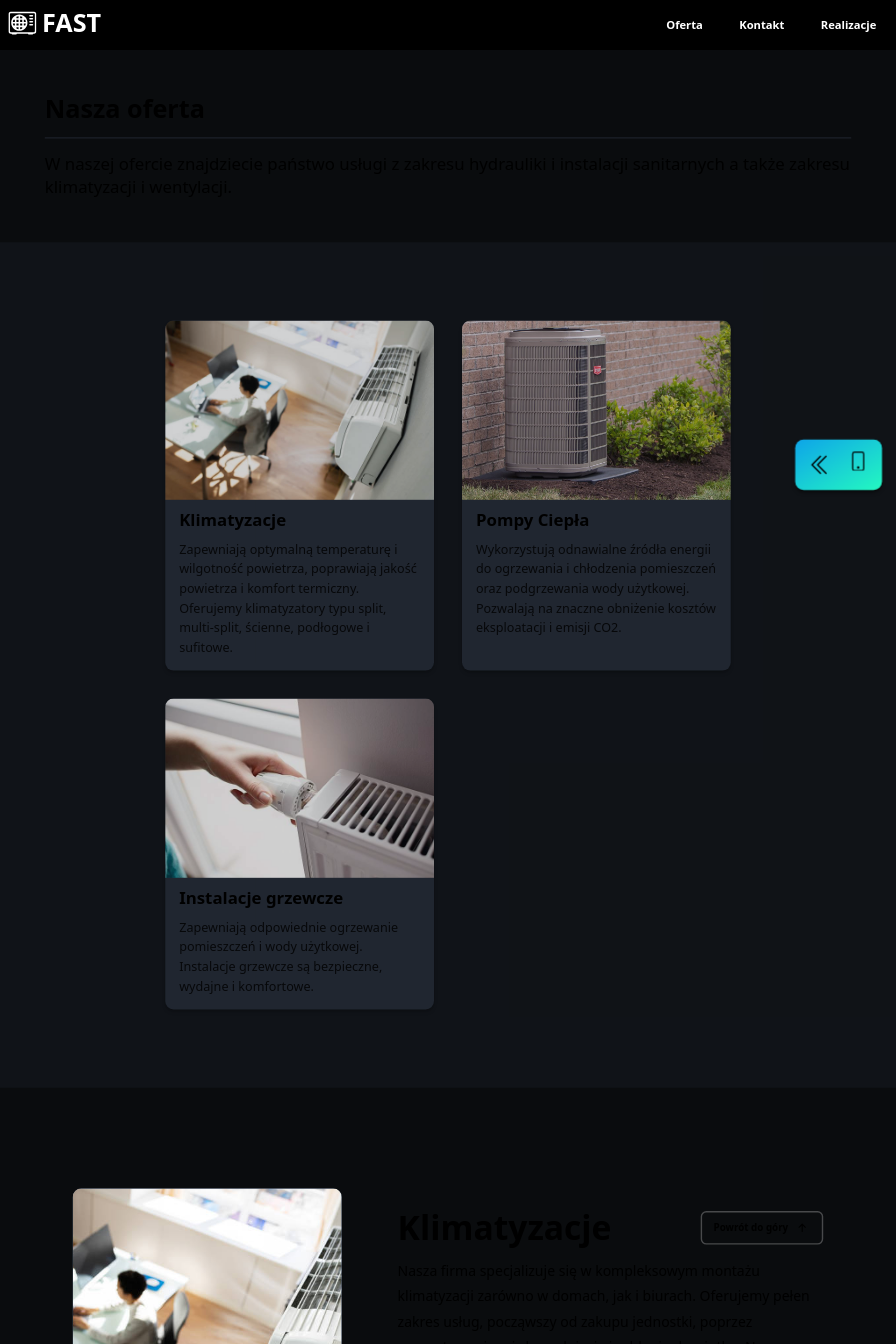
Repository: piotrokrutniak/Fast-CompanyWebsite
Page: /oferta
An editor plug-in stored every save of this project. The page is shown before and after the next save, followed by the edit.
The browser window is 1280 px wide. The pictures show the part of the page from y = 0 to 1920 px (the page is 3882 px tall before and 3978 px after), at 70% of full size.
The project was rebuilt for these pictures with package versions that can differ from the ones it lists, and the page was loaded fresh each time. The framework's server and built-in components were replaced by stand-ins that run in the browser. Also part of the build but not shown: next.config.js.

Above is the page before, as saved 2023-10-22 16:25:21.

### src/app/layout.js
import FootBar from './components/footbar/footbar'
import Navbar from './components/navbar/navbar'
import QuickContact from './components/quickContact'
import './globals.css'
import { Inter } from 'next/font/google'

const inter = Inter({ subsets: ['latin'] })

export const metadata = {
  title: 'Fast - Klimatyzacje Kraków',
  description: 'F.U.H. Fast Jacek Stawowy - Klimatyzacje Kraków-Niepołomice',
}

export default function RootLayout({ children }) {
  return (
    <html lang="pl" className="!scroll-smooth">
      <body className='bg-black min-w-mobile overflow-x-clip'>
        <div className='bg-slate-500/10 min-h-screen relative'>
          <Navbar/>
          {children}
          <QuickContact/>
          <FootBar/>
        </div>
      </body>
    </html>
  )
}

### src/app/(pages)/oferta/page.js
import Image from "next/image"
import img1 from "../../media/img/air-conditioning.jpg"
import img2 from "../../media/img/heat-pump-2.jpg"
import img3 from "../../media/img/heating.jpg"
import SimplePanel from "@/app/components/common/simplePanel"
import Link from "next/link"
import ButtonBase from "@/app/components/common/buttonBase"
import { BsArrowUpShort } from "react-icons/bs"

export default function Oferta(){
    return(
        <main className="min-h-screen">
            <section id="oferty" className="m-auto">
                <div className="sm:p-16 max-w-7xl m-auto p-5">
                    <h1 className="mb-5 pb-5 text-4xl font-semibold border-b-2 border-slate-600/30"> Nasza oferta </h1>
                    <h3 className="text-lg sm:text-2xl font-normal leading-relaxed"> W naszej ofercie znajdziecie państwo usługi z zakresu hydrauliki i instalacji sanitarnych a także zakresu klimatyzacji i wentylacji.</h3>
                </div>

                <div className="bg-slate-600/10 lg:py-28 p-2 py-10">
                    <div className="w-fit grid lg:grid-cols-2 2xl:grid-cols-3 max-w-7xl m-auto gap-10 lg:gap-10 items-stretch">
                        <Card scrollTo="#klimatyzacja" image={img1} title="Klimatyzacje" desc="Zapewniają optymalną temperaturę i wilgotność powietrza, poprawiają jakość powietrza i komfort termiczny. Oferujemy klimatyzatory typu split, multi-split, ścienne, podłogowe i sufitowe."/>
                        <Card scrollTo="#pompy" image={img2} title="Pompy Ciepła" desc="Wykorzystują odnawialne źródła energii do ogrzewania i chłodzenia pomieszczeń oraz podgrzewania wody użytkowej. Pozwalają na znaczne obniżenie kosztów eksploatacji i emisji CO2."/>
                        <Card scrollTo="#ogrzewanie" image={img3} title="Instalacje grzewcze" desc="Zapewniają odpowiednie ogrzewanie pomieszczeń i wody użytkowej. Instalacje grzewcze są bezpieczne, wydajne i komfortowe."/>
                    </div>
                </div>
            </section>
            <section id="informacje" className="max-w-7xl m-auto sm:p-16">
                <SimplePanel button={<ScrollTopButton/>} id="klimatyzacja" title="Klimatyzacje" desc="Nasza firma specjalizuje się w kompleksowym montażu klimatyzacji zarówno w domach, jak i biurach. Oferujemy pełen zakres usług, począwszy od zakupu jednostki, poprzez przygotowanie, aż do podpięcia i oddania do użytku. Nasze usługi nie ograniczają się jedynie do montażu - oferujemy również przegląd, serwis oraz wymianę jednostek klimatyzacyjnych." img={img1}/>
                <SimplePanel button={<ScrollTopButton/>} id="pompy" title="Pompy Ciepła" desc="Jesteśmy ekspertami w montażu pomp ciepła zarówno w domach, jak i biurach. Oferujemy pełen zakres usług - doradztwo przy wyborze odpowiedniego modelu, przygotowanie instalacji oraz podłączenie i uruchomienie. Nasze doświadczenie obejmuje nie tylko montaż, ale także przegląd, serwis i wymianę jednostek. Dzięki naszym usługom możesz cieszyć się efektywnym i ekologicznym systemem ogrzewania i chłodzenia." img={img2}/>
                <SimplePanel button={<ScrollTopButton/>} id="ogrzewanie" title="Ogrzewanie Centralne" desc="Posiadamy wieloletnie doświadczenie w montażu systemów ogrzewania centralnego, zarówno w domach, jak i budynkach komercyjnych. Nasza firma jest doskonale zaznajomiona z branżą i oferuje pełen zakres usług - doradztwo przy wyborze odpowiedniego systemu, projektowanie instalacji, montaż oraz uruchomienie. Nie ograniczamy się tylko do instalacji - zapewniamy również przegląd, serwis oraz modernizację istniejących systemów. Dzięki naszym usługom możesz mieć pewność, że Twój system ogrzewania centralnego będzie efektywny i zapewni Ci komfort przez wiele lat." img={img3}/>
            </section>
        </main>
    )
}

function Card({...props}){
    return(

        <div className="lg:w-96 bg-slate-600/30 hover:bg-slate-600/50 rounded-xl min-w-fit flex flex-col overflow-hidden shadow-md lg:hover:-translate-y-4 shadow-black/20 transition-all">
            <Link href={props.scrollTo}>
                <div className="lg:h-64 h-screen-1/2 w-full bg-black/20 relative cursor-pointer">
                    <Image src={props.image} layout='fill' objectFit='cover' className='z-0 opacity-80'/>
                </div>
            </Link>
            <div className="px-5 py-3 text-2xl font-semibold">{props.title ?? "Title" }</div>
            <div className="px-5 pb-5 text-lg opacity-80">{props.desc ?? "Description" }</div>
        </div>
    )
}

function ScrollTopButton(){
    return(
        <Link href="#">
            <ButtonBase text="Powrót do góry" color="black" icon={<BsArrowUpShort className="w-6 h-6"/>} className="px-2 h-12 border-solid border-2 border-white/25 hover:border-white w-fit"/>
        </Link>
    )
}

### src/app/components/footbar/footbar.js
import Link from "next/link";

export default function FootBar(){
    return(
        <footer className="bg-slate-500/5 mt-20">
            <div className="max-w-7xl w-full max-sm:px-5 p-10 flex gap-8 sm:gap-20 m-auto">
                <div className="flex flex-col gap-3">
                    <h1 className="font-bold text-2xl md:text-3xl">Jacek Stawowy</h1>
                    <h2 className="font-semibold text-xl">Kraków</h2>
                    <h2 className="font-thin text-xl">NIP: 6791924300</h2>
                </div>

                <div className="flex flex-col gap-3">
                    <h1 className="font-bold text-2xl md:text-3xl">Kontakt</h1>
                    <h2 className="font-thin text-xl">Telefon:
                    <Link href={"tel:+48 509 012 407"} className="cursor-pointer hover:text-emerald-200">
                        <p className="whitespace-nowrap">
                            +48 509 012 407
                        </p>
                    </Link>
                    </h2>
                    <h2 className="font-thin text-xl">Email:
                    <Link href={"email:fast@firma.pl"} className="cursor-pointer hover:text-emerald-200">
                        <p className="whitespace-nowrap">
                            fast@firma.pl
                        </p>
                    </Link>
                    </h2>
                    <h2 className="font-thin text-xl">Pon-Pt 8.00-19.00</h2>
                </div>
            </div>
            <div className="bg-black flex p-10 ">
                <div className="xs:m-auto w-fit">
                    © Piotr Okrutniak 2022
                </div>
            </div>
        </footer>
    )
}

### src/app/components/navbar/navbar.js
"use client";
import { useState } from "react";
import ButtonBase from "../common/buttonBase";
import AcLogo from "../icons/ac";
import {BsList, BsXLg} from "react-icons/bs";
import Link from "next/link";

export default function Navbar(){
    const [mobileOpen, setMobileOpen] = useState(false)

    return(
        <nav className="sticky bg-black top-0 w-full py-3 px-5 sm:px-3  z-50">
            <div className="flex justify-between mx-auto max-w-7xl h-auto align-middle">
                <Link href="/">
                    <div className="text-white text-4xl font-bold hover:cursor-pointer flex gap-2 align-middle
                        hover:text-emerald-200 hover:fill-emerald-200 fill-white active:opacity-90 transition-all">
                        <AcLogo className="h-10 w-10 top-px relative"/>
                        FAST
                    </div>
                </Link>
                <div className="align-middle gap-5 text-black transition-all ease-in hidden sm:flex">
                    <Link href="/oferta">
                        <ButtonBase text="Oferta" color="bg-transparent" className="hover:bg-slate-400/25 text-white"  onClick={() => setMobileOpen(false)}/>
                    </Link>
                    <Link href="/kontakt">
                        <ButtonBase text="Kontakt" color="bg-transparent" className="hover:bg-slate-400/25 text-white"  onClick={() => setMobileOpen(false)}/>
                    </Link>
                    <Link href="/realizacje">
                        <ButtonBase text="Realizacje" color="bg-transparent" className="hover:bg-slate-400/25 text-white"  onClick={() => setMobileOpen(false)}/>
                    </Link>
                </div>
                <div className=" sm:hidden flex">
                    <BsList className="h-12 w-12 cursor-pointer hover:fill-emerald-200 active:opacity-90" onClick={() => setMobileOpen(true)}/>
                </div>
            </div>

            <div className={`${mobileOpen ? "" : "translate-x-full"} absolute w-screen h-screen bg-black left-0 top-0 sm:hidden transition-all`}>
                <div id="mobile-header" className="flex p-3 cursor-pointer" onClick={() => setMobileOpen(false)}>
                    <BsXLg className="w-14 h-14 p-2 hover:fill-emerald-200 active:opacity-70 absolute right-4"/>
                </div>
                <div id="mobile-list" className="flex flex-col w-full gap-8 justify-center text-xl px-5 py-32">
                    <Link href="/kontakt" onClick={() => setMobileOpen(false)}>
                        <ButtonBase text="Kontakt" className="w-full py-6 px-10 bg-gradient-to-br hover:from-sky-500 hover:to-emerald-200 self-center" color="bg-slate-500/25"/>
                    </Link>
                    <Link href="/oferta" onClick={() => setMobileOpen(false)}>
                        <ButtonBase text="Oferta" className="w-full py-6 px-10 bg-gradient-to-br hover:from-sky-500 hover:to-emerald-200 self-center" color="bg-slate-500/25"/>
                    </Link>
                    <Link href="/realizacje" onClick={() => setMobileOpen(false)}>
                        <ButtonBase text="Realizacje" className="w-full py-6 px-10 bg-gradient-to-br hover:from-sky-500 hover:to-emerald-200 self-center" color="bg-slate-500/25"/>
                    </Link>
                    <Link href="/" onClick={() => setMobileOpen(false)}>
                        <ButtonBase text="Strona Główna" className="w-full py-6 px-10 bg-gradient-to-br hover:from-sky-500 hover:to-emerald-200 self-center" color="bg-slate-500/25"/>
                    </Link>
                </div>
                <div className="p-10 justify-self-center w-full text-center bottom-0 absolute">
                    © Piotr Okrutniak 2022
                </div>
            </div>
        </nav>
    )
}

### src/app/components/quickContact.js
"use client";

import Link from "next/link";
import { useState } from "react"
import {BsChevronDoubleRight, BsPhone} from "react-icons/bs"

export default function QuickContact(){
    const [folded, setFolded] = useState(true)

    function Transition(){
        setFolded((old) => !old)
    }

    return(
        <div className="bg-gradient-to-br from-sky-500 to-emerald-200 rounded-xl w-fit sm:p-5 p-3 text-base
            font-normal shadow-md shadow-black/50 fixed right-5 bottom-5 flex items-center gap-4 transition-all ease-in-out whitespace-nowrap">
            <BsChevronDoubleRight className={`${folded ? "rotate-180" : "rotate-0"} transition-all ease-in h-8 w-8 cursor-pointer active:opacity-60 select-none`}
                onClick={() => Transition()}/>
            <div className="flex gap-2">
                <p className={`${folded ? "w-0" : "w-72 max-sm:w-44"} overflow-hidden transition-all ease-in flex max-sm:flex-col`}><p>Skontaktuj się z nami:</p> <Link href={"tel:+48 509 012 407"} className="cursor-pointer">+48 509 012 407</Link></p>
                <BsPhone className="h-7 w-7 animate-bounce self-center"/>
            </div>
        </div>
    )
}

### src/app/globals.css
@import 'tailwindcss/base';
@import 'tailwindcss/components';
@import 'tailwindcss/utilities';

:root {

}

@media (prefers-color-scheme: dark) {
  :root {
    --foreground-rgb: 255, 255, 255;
    scroll-behavior: smooth;
  }
}

body {
  color: rgb(var(--foreground-rgb));
  background: linear-gradient(
      to bottom,
      transparent,
      rgb(var(--background-end-rgb))
    )
    rgb(var(--background-start-rgb));
}

@layer base {
  html {
    scroll-behavior: smooth;
  }
}

### src/app/components/common/simplePanel.js
import Image from "next/image";
import ButtonBase from "./buttonBase";


export default function SimplePanel({...props}){
    return(
        <section id={props.id} className="z-10 w-full items-center justify-between text-sm lg:flex p-10 max-xs:p-5">
            <div className='max-w-7xl m-auto flex gap-20 py-10 align-middle h-full max-md:flex-col-reverse max-lg:gap-10'>
            <div className='w-96 h-64 sm:h-96 shrink-0 bg-slate-500 rounded-xl relative self-center max-md:w-full overflow-clip'>
                <Image src={props.img} layout='fill' objectFit='cover'/>
            </div>
            <div className='relative self-center w-full'>
                <div className='flex justify-between gap-5 max-lg:flex-col mb-5'>
                <h1 className='text-5xl font-semibold max-sm:text-3xl'>{props.title ?? "Title"}</h1>
                    {props.button ?? ""}
                </div>
                <h2 className='text-xl font-thin leading-9 max-sm:text-lg'>{props.desc ?? "Description"}</h2>
            </div>
            </div>
        </section>
    )
}

### src/app/components/common/buttonBase.js
export default function ButtonBase({...props}){
    return(
        <button className={`${props.className} ${props.color ?? "bg-sky-500"} py-3 px-4 rounded-lg font-semibold active:opacity-80 flex items-center gap-2 whitespace-nowrap transition-all`}
            onClick={props.onClick}>
            {props.text} {props.icon ?? ""}
        </button>
    )
}

### src/app/components/icons/ac.js
export default function AcLogo({...props}){
    return(
        <svg
            xmlns="http://www.w3.org/2000/svg"
            xmlSpace="preserve"
            width={800}
            height={800}
            viewBox="0 0 507.802 507.802"
            {...props}
        >
            <path d="M465.7 47.901H42.3c-23.3 0-42.3 18.9-42.3 42.3v313.3c0 23.3 19 42.3 42.3 42.3h16.1c0 7.8 6.3 14.1 14.1 14.1H139c7.8 0 14.1-6.3 14.1-14.1h201.6c0 7.8 6.3 14.1 14.1 14.1h66.5c7.8 0 14.1-6.3 14.1-14.1h16.1c23.3 0 42.3-19 42.3-42.3v-313.3c.2-23.4-18.8-42.3-42.1-42.3zm0 369.7H42.3c-7.8 0-14.1-6.3-14.1-14.1v-313.3c0-7.8 6.3-14.1 14.1-14.1h423.3c7.8 0 14.1 6.3 14.1 14.1v313.3h.1c0 7.8-6.3 14.1-14.1 14.1z" />
            <path d="M435.6 107.801H391c-7.8 0-14.1 6.3-14.1 14.1s6.3 14.1 14.1 14.1h44.6c7.8 0 14.1-6.3 14.1-14.1s-6.3-14.1-14.1-14.1zM435.6 161.601H391c-7.8 0-14.1 6.3-14.1 14.1s6.3 14.1 14.1 14.1h44.6c7.8 0 14.1-6.3 14.1-14.1s-6.3-14.1-14.1-14.1zM435.6 215.301H391c-7.8 0-14.1 6.3-14.1 14.1s6.3 14.1 14.1 14.1h44.6c7.8 0 14.1-6.3 14.1-14.1s-6.3-14.1-14.1-14.1zM435.6 269.101H391c-7.8 0-14.1 6.3-14.1 14.1s6.3 14.1 14.1 14.1h44.6c7.8 0 14.1-6.3 14.1-14.1s-6.3-14.1-14.1-14.1zM198.3 99.701c-81.1 0-147.1 66-147.1 147.1s66 147.1 147.1 147.1 147.1-66 147.1-147.1-66-147.1-147.1-147.1zm-80.9 233.9c-2-1.9-3.9-3.8-5.8-5.8h5.8v5.8zm0-34H92c-5.9-11.9-10-24.9-11.6-38.6h37v38.6zm0-66.9h-37c1.6-13.7 5.6-26.7 11.6-38.6h25.4v38.6zm0-66.8h-5.8c1.9-2 3.8-3.9 5.8-5.8v5.8zm66.8 198.9c-13.7-1.6-26.7-5.7-38.6-11.6v-25.4h38.6v37zm0-65.2h-38.6v-38.6h38.6v38.6zm0-66.9h-38.6v-38.6h38.6v38.6zm0-66.8h-38.6v-25.4c11.9-5.9 24.9-10 38.6-11.6v37zm95.1-5.8c2 1.9 3.9 3.8 5.8 5.8h-5.8v-5.8zm0 34h25.4c5.9 11.9 10 24.9 11.6 38.6h-37v-38.6zm-28.2 159.1c-11.9 5.9-24.9 10-38.6 11.6v-37h38.6v25.4zm0-53.6h-38.6v-38.6h38.6v38.6zm0-66.9h-38.6v-38.6h38.6v38.6zm0-66.8h-38.6v-37c13.7 1.6 26.7 5.7 38.6 11.6v25.4zm28.2 167.7v-5.8h5.8c-1.9 2-3.8 4-5.8 5.8zm0-34v-38.6h37c-1.6 13.7-5.7 26.7-11.6 38.6h-25.4z" />
        </svg>
    )
}

### tailwind.config.js
/** @type {import('tailwindcss').Config} */
module.exports = {
  mode: 'jit',
  content: [
    './src/pages/**/*.{js,ts,jsx,tsx,mdx}',
    './src/components/**/*.{js,ts,jsx,tsx,mdx}',
    './src/app/**/*.{js,ts,jsx,tsx,mdx}',
  ],
  theme: {
    extend: {
      backgroundImage: {
        'gradient-radial': 'radial-gradient(var(--tw-gradient-stops))',
        'gradient-conic':
          'conic-gradient(from 180deg at 50% 50%, var(--tw-gradient-stops))',
      },
      height:{
        'screen-1/2': '50vh',
        'screen-1/4': '25vh',
        'screen-3/4': '75vh',
        'screen-3/5': '60vh',
        'screen-2/3': '66vh',
        'screen-1/3': '33vh',
        '112': '28rem',
        '128': '32rem',
      },
      minHeight:{
        'screen-1/2': '50vh',
        'screen-1/4': '25vh',
        'screen-3/4': '75vh',
        'screen-2/3': '66vh',
        'screen-1/3': '33vh',
        '112': '28rem',
        '128': '32rem',
      },
      width:{
        '112': '28rem',
        '128': '32rem',
      },
      colors:{
        "emerald":{
          "50": "#b0fde8",
          "100": "#60FBD2",
          "200": "#24F9C1",
          "400": "#06EFB1",
          "500": "#06d6a0",
        }
      },
      minWidth:{
        'mobile': '360px',
        '54': '258px',
      },
      screens:{
        'xs': '580px',
        '850': '850px',
      },
    },
  },
  plugins: [],
}

After the next save:
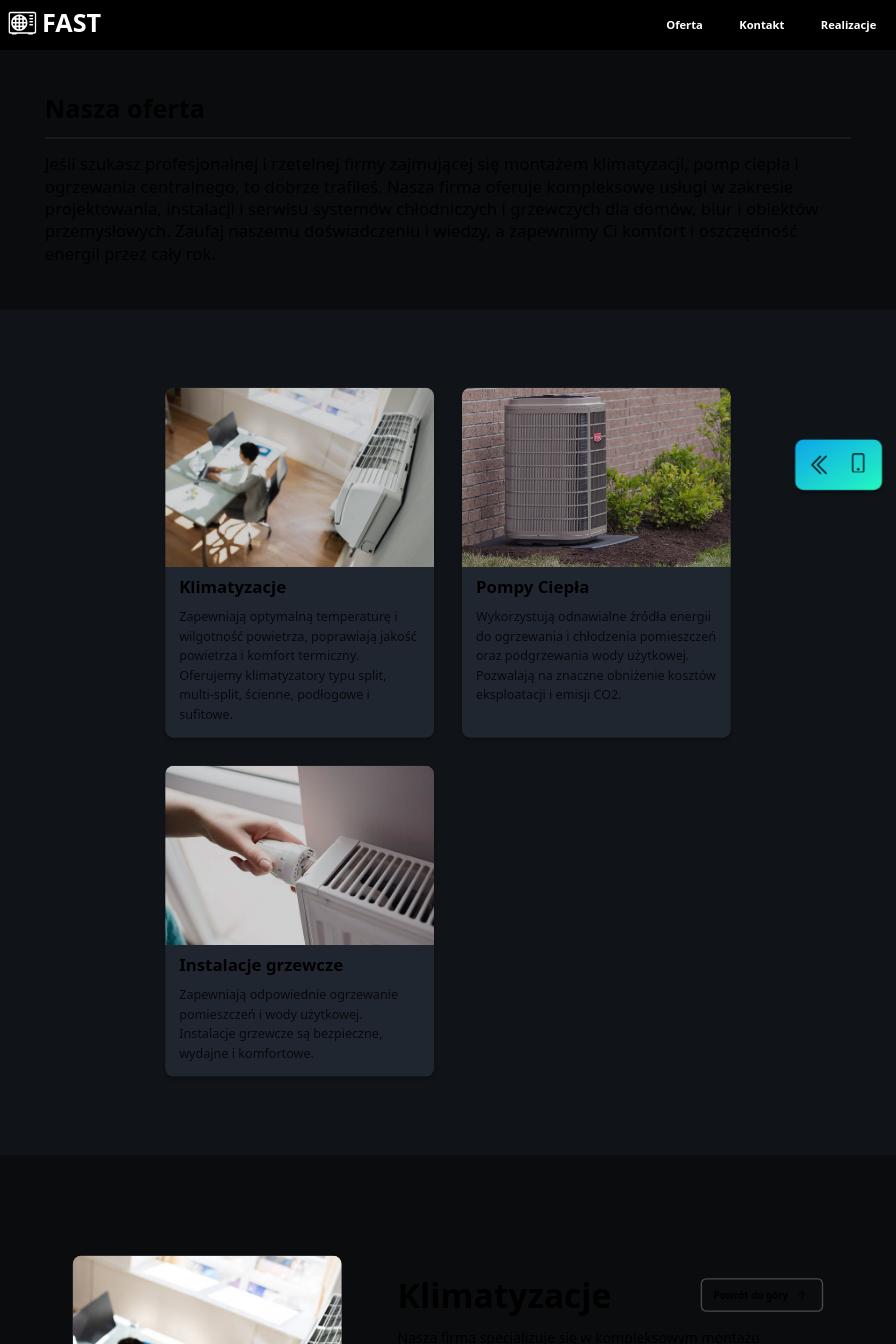
Saved 116 s later.
--- a/src/app/(pages)/oferta/page.js
+++ b/src/app/(pages)/oferta/page.js
@@ -13,7 +13,7 @@ export default function Oferta(){
             <section id="oferty" className="m-auto">
                 <div className="sm:p-16 max-w-7xl m-auto p-5">
                     <h1 className="mb-5 pb-5 text-4xl font-semibold border-b-2 border-slate-600/30"> Nasza oferta </h1>
-                    <h3 className="text-lg sm:text-2xl font-normal leading-relaxed"> W naszej ofercie znajdziecie państwo usługi z zakresu hydrauliki i instalacji sanitarnych a także zakresu klimatyzacji i wentylacji.</h3>
+                    <h3 className="text-lg sm:text-2xl font-normal leading-relaxed"> Jeśli szukasz profesjonalnej i rzetelnej firmy zajmującej się montażem klimatyzacji, pomp ciepła i ogrzewania centralnego, to dobrze trafiłeś. Nasza firma oferuje kompleksowe usługi w zakresie projektowania, instalacji i serwisu systemów chłodniczych i grzewczych dla domów, biur i obiektów przemysłowych. Zaufaj naszemu doświadczeniu i wiedzy, a zapewnimy Ci komfort i oszczędność energii przez cały rok.</h3>
                 </div>
 
                 <div className="bg-slate-600/10 lg:py-28 p-2 py-10">
